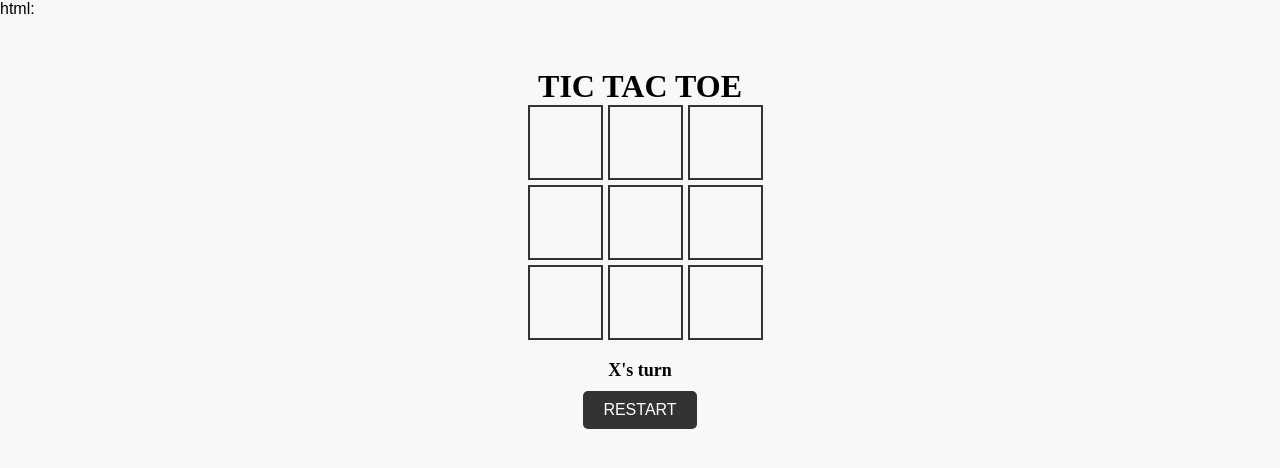
Repository: joeltorcato/TIC.TAC.TOE
Page: index.html
The author's editor kept a copy of each file at every save. The page is drawn from the files as they stood at one save, then again after the next save.
The browser window is 1280 px wide. The pictures show the whole page.

Above is the page before, as saved 2023-12-31 09:04:19.

### index.html
html: <!DOCTYPE html>
<html lang="en">
<head>
    <meta charset="UTF-8">
    <meta name="viewport" content="width=device-width, initial-scale=1.0">
    <link rel="stylesheet" href="style.css">
    <title>TIC TAC TOE | JOEL TORCATO</title>
</head>
<body>
    <div id="gameContainer">
        <h1>TIC TAC TOE</h1>
        <div id="cellContainer">
            <div cellIndex="0" class="cell"></div>
            <div cellIndex="1" class="cell"></div>
            <div cellIndex="2" class="cell"></div>
            <div cellIndex="3" class="cell"></div>
            <div cellIndex="4" class="cell"></div>
            <div cellIndex="5" class="cell"></div>
            <div cellIndex="6" class="cell"></div>
            <div cellIndex="7" class="cell"></div>
            <div cellIndex="8" class="cell"></div>
        </div>
        <h2 id="statusText"></h2>
        <button id="restartBtn">RESTART</button>
    </div>
    <script src="index.js"></script>
</body>
</html>

### style.css
* {
    margin: 0;
    padding: 0;
    box-sizing: border-box;
}

/* Body */
body {
    background-color: #f8f8f8;
    font-family: 'Arial', sans-serif;
}

/* Game Container */
#gameContainer {
    font-family: "Permanent Marker", cursive;
    text-align: center;
    margin: 50px auto;
}

/* Cell */
.cell {
    width: 75px;
    height: 75px;
    border: 2px solid #333;
    box-shadow: 0 0 0 0 2px #333;
    line-height: 75px;
    font-size: 50px;
    cursor: pointer;
}

/* Cell Container */
#cellContainer {
    display: grid;
    grid-template-columns: repeat(3, auto);
    gap: 5px;
    width: 225px;
    margin: auto;
}

/* Add hover effect for better user interaction */
.cell:hover {
    background-color: #ddd;
}

/* Status Text */
#statusText {
    margin-top: 20px;
    font-size: 18px;
}

/* Restart Button */
#restartBtn {
    margin-top: 10px;
    padding: 10px 20px;
    font-size: 16px;
    cursor: pointer;
    background-color: #333;
    color: #fff;
    border: none;
    border-radius: 5px;
}

#restartBtn:hover {
    background-color: #555;
}

### index.js
const cells = document.querySelectorAll(".cell");
const statusText = document.querySelector("#statusText");
const restartBtn = document.querySelector("#restartBtn");

const winConditions = [
    [0, 1, 2],
    [3, 4, 5],
    [6, 7, 8],
    [0, 3, 6],
    [1, 4, 7],
    [2, 5, 8],
    [0, 4, 8],
    [2, 4, 6],
];

let options = ["", "", "", "", "", "", "", "", ""];
let currentPlayer = "X";
let running = true;

initializeGame();

function initializeGame() {
    cells.forEach(cell => cell.addEventListener("click", cellClicked));
    restartBtn.addEventListener("click", restartGame);
    updateStatusText();
}

function cellClicked() {
    const cellIndex = parseInt(this.getAttribute("cellIndex"));

    if (!running || options[cellIndex] !== "") {
        return;
    }

    updateCell(this, cellIndex);
    checkWinner();
    changePlayer();
}

function updateCell(cell, index) {
    options[index] = currentPlayer;
    cell.textContent = currentPlayer;
}

function changePlayer() {
    currentPlayer = currentPlayer === "X" ? "O" : "X";
    updateStatusText();
}

function checkWinner() {
    let roundWon = false;

    for (const condition of winConditions) {
        const [a, b, c] = condition;
        const cellA = options[a];
        const cellB = options[b];
        const cellC = options[c];

        if (cellA === currentPlayer && cellB === currentPlayer && cellC === currentPlayer) {
            roundWon = true;
            break;
        }
    }

    if (roundWon) {
        announceWinner();
    } else if (!options.includes("")) {
        statusText.textContent = "Draw!";
        running = false;
    }
}

function announceWinner() {
    statusText.textContent = `${currentPlayer} wins!`;
    running = false;
}

function restartGame() {
    options = ["", "", "", "", "", "", "", "", ""];
    currentPlayer = "X";
    running = true;

    cells.forEach(cell => {
        cell.textContent = "";
    });

    updateStatusText();
}

function updateStatusText() {
    statusText.textContent = `${currentPlayer}'s turn`;
}

After the next save:
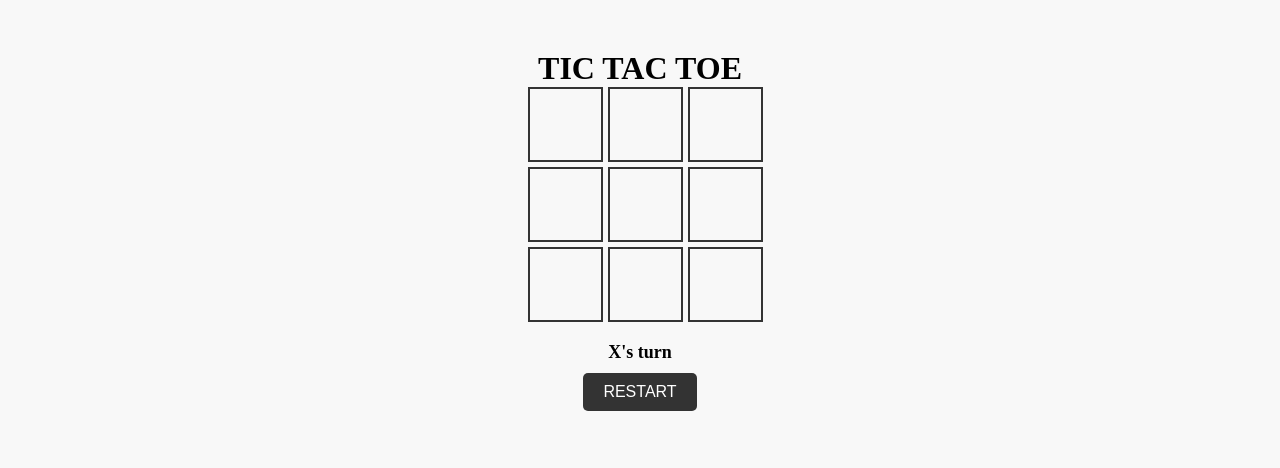
Saved 2 min 19 s later.
--- a/index.html
+++ b/index.html
@@ -1,4 +1,4 @@
-html: <!DOCTYPE html>
+<!DOCTYPE html>
 <html lang="en">
 <head>
     <meta charset="UTF-8">
